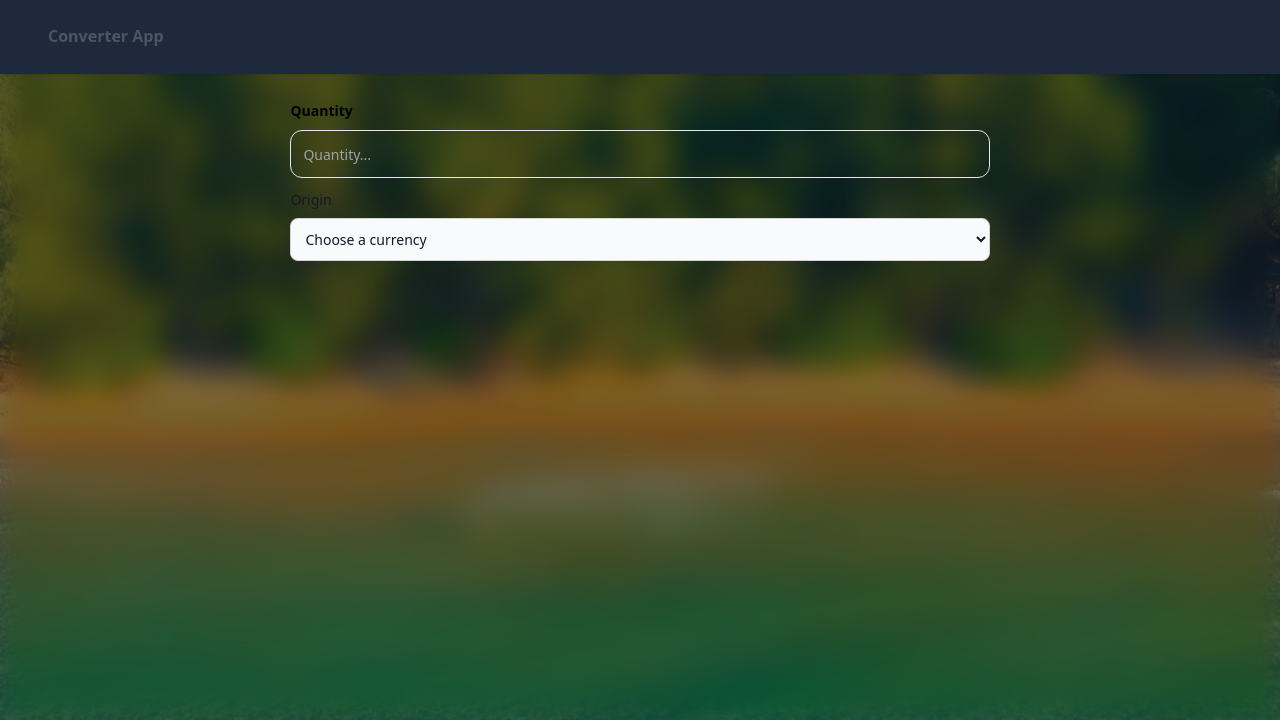
Repository: mikelCabezas/angular-exercices
Page: / (app in converter/)
These files come from the project's save history. The page is drawn as it stood at one moment and after the next save; the edit follows.
The browser window is 1280 px wide. The pictures show the whole page.
The project was rebuilt for these pictures with package versions that can differ from the ones it lists, and the page was loaded fresh each time. Also part of the build but not shown: converter/angular.json.

Above is the page before, as saved 2023-09-15 18:15:42.

### converter/src/styles.css
@tailwind base;
@tailwind components;
@tailwind utilities;

body {
    background-image: url('./assets/sunset-beach.jpeg');
    background-position: center;
}

### converter/src/app/app.module.ts
import { NgModule } from '@angular/core';
import { BrowserModule } from '@angular/platform-browser';

import { AppComponent } from './app.component';
import { NavbarComponent } from './components/navbar/navbar.component';
import { ConverterComponent } from './components/converter/converter.component';

@NgModule({
  declarations: [
    AppComponent,
    NavbarComponent,
    ConverterComponent
  ],
  imports: [
    BrowserModule
  ],
  providers: [],
  bootstrap: [AppComponent]
})
export class AppModule { }

### converter/src/app/app.component.ts
import { Component } from '@angular/core';

@Component({
  selector: 'app-root',
  templateUrl: './app.component.html',
  styleUrls: ['./app.component.css']
})
export class AppComponent {
  title = 'converter';
}

### converter/src/app/components/converter/converter.component.ts
import { Component } from '@angular/core';

@Component({
  selector: 'app-converter',
  templateUrl: './converter.component.html',
  styleUrls: ['./converter.component.css']
})
export class ConverterComponent {

}

### converter/src/app/app.component.html
<div class="root min-w-screen min-h-screen bg-gray-900Z bg-[#11192890] backdrop-saturate-200 backdrop-blur-lg">
    <app-navbar/>
    <app-converter/>
</div>

### converter/src/app/components/navbar/navbar.component.html
<nav class="shadow bg-slate-800">
    <div class="container flex items-center  p-6 mx-auto text-gray-600 capitalize dark:text-gray-300">
        <a href="#" class="border-b-2 border-transparent hover:text-gray-800 dark:hover:text-gray-200 hover:border-blue-500 mx-1.5 sm:mx-6 font-bold">
            Converter App
        </a>
    </div>
</nav>

### converter/src/app/components/converter/converter.component.html
<div class="container mx-auto p-6 flex justify-center">
    <div class="row w-3/5">
        <div class="col px-5">
            <div class="mb-3">
                <label for="email" class="text-sm text-navy-700 dark:text-white font-bold">Quantity</label>
                <input type="number" placeholder="Quantity..." class="mt-2 flex h-12 w-full items-center justify-center rounded-xl border bg-white/0 p-3 text-sm outline-none border-gray-200">
            </div>
        </div>
        <div class="col px-5">
            <label for="countries" class="block mb-2 text-sm font-medium text-gray-900 dark:text-gray-400">Origin</label>
            <select id="countries" class="bg-gray-50 border border-gray-300 text-gray-900 text-sm rounded-lg focus:ring-blue-500 focus:border-blue-500 block w-full p-2.5 dark:bg-gray-700 dark:border-gray-600 dark:placeholder-gray-400 dark:text-white dark:focus:ring-blue-500 dark:focus:border-blue-500">
                <option selected>Choose a currency</option>
                <option value="EUR">Euro</option>
                <option value="USD">US Dollar</option>
                <option value="CHF">Suiss francs</option>
            </select>
        </div>
        <div class="col"></div>
    </div>
</div>

Loaded but not shown: converter/src/index.html (common file); converter/src/main.ts (common file); converter/src/app/components/navbar/navbar.component.ts (common file); converter/tailwind.config.js (common file); converter/src/app/app.component.css (no stored copy; drawn as an empty file); converter/src/app/components/navbar/navbar.component.css (no stored copy; drawn as an empty file); converter/src/app/components/converter/converter.component.css (no stored copy; drawn as an empty file)

After the next save:
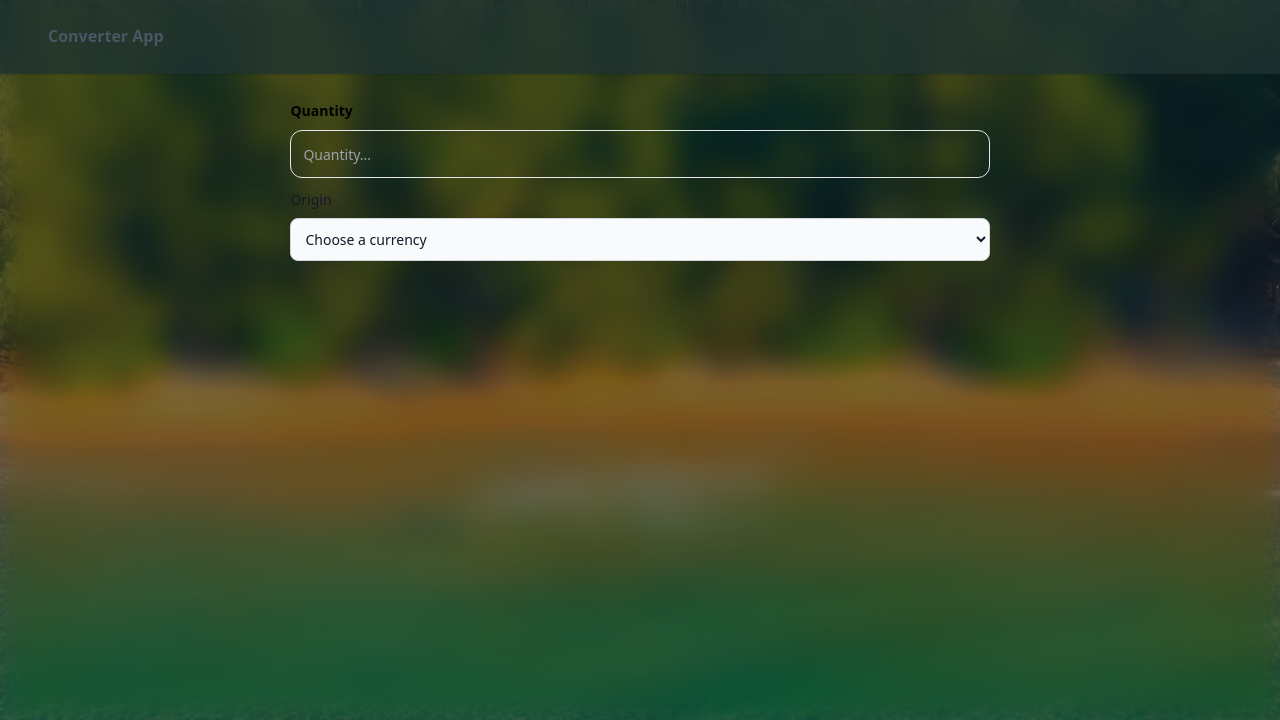
Saved 55 s later.
--- a/converter/src/app/components/navbar/navbar.component.html
+++ b/converter/src/app/components/navbar/navbar.component.html
@@ -1,4 +1,4 @@
-<nav class="shadow bg-slate-800">
+<nav class="shadow bg-[rgba(30,51,49,.8)] ">
     <div class="container flex items-center  p-6 mx-auto text-gray-600 capitalize dark:text-gray-300">
         <a href="#" class="border-b-2 border-transparent hover:text-gray-800 dark:hover:text-gray-200 hover:border-blue-500 mx-1.5 sm:mx-6 font-bold">
             Converter App
